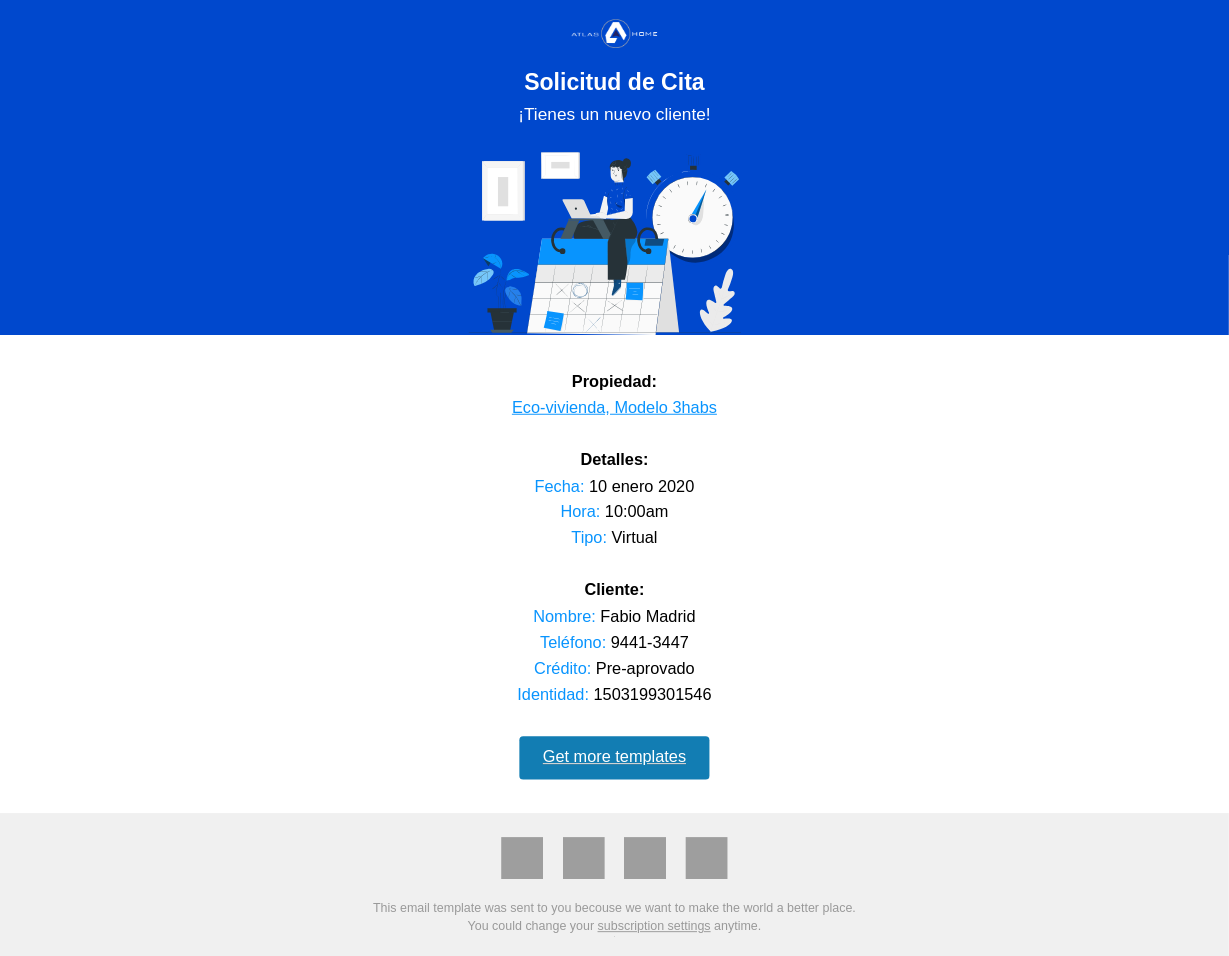
Repository: FabioMadrid/atlas_code
Page: correo_cita_vendedor.html
These files come from the project's save history. The page is drawn as it stood at one moment and after the next save; the edit follows.
The browser window is 1280 px wide. The pictures show the whole page, at 96% of full size.
Pictures or frames that could not be fetched are drawn as grey boxes.

Above is the page before, as saved 2021-01-14 16:48:50.

### correo_cita_vendedor.html
<html xmlns="http://www.w3.org/1999/xhtml">
<head>
	<meta http-equiv="content-type" content="text/html; charset=utf-8">
  	<meta name="viewport" content="width=device-width, initial-scale=1.0;">
 	<meta name="format-detection" content="telephone=no"/>

	<style>
/* Reset styles */
    body {
        margin: 0; padding: 0; min-width: 100%; width: 100% !important; height: 100% !important;
        }
    body, table, td, div, p, a {
        -webkit-font-smoothing: antialiased; text-size-adjust: 100%; -ms-text-size-adjust: 100%;
        -webkit-text-size-adjust: 100%; line-height: 100%;
        }
    table, td {
         mso-table-lspace: 0pt; mso-table-rspace: 0pt;
         border-collapse: collapse !important; border-spacing: 0; }
    img {
        border: 0; line-height: 100%; outline: none; text-decoration: none;
        -ms-interpolation-mode: bicubic;
        }
    #outlook a { padding: 0; }
    .ReadMsgBody { width: 100%; }
    .ExternalClass { width: 100%; }
    .ExternalClass, .ExternalClass p, .ExternalClass span, .ExternalClass font, .E
    xternalClass td, .ExternalClass div {
        line-height: 100%;
        }

/* Extra floater space for advanced mail clients only */
@media all and (max-width: 600px) {
	.floater { width: 320px; }
}

/* Set color for auto links (addresses, dates, etc.) */
a, a:hover {
	color: #127DB3;
}
.footer a, .footer a:hover {
	color: #999999;
}

 	</style>

	<!-- MESSAGE SUBJECT -->
	<title>Cita Confirmada</title>

</head>

<!-- BODY -->
<!-- Set message background color (twice) and text color (twice) -->
<body topmargin="0" rightmargin="0" bottommargin="0" leftmargin="0" marginwidth="0" marginheight="0" width="100%" style="border-collapse: collapse; border-spacing: 0; margin: 0; padding: 0; width: 100%; height: 100%; -webkit-font-smoothing: antialiased; text-size-adjust: 100%; -ms-text-size-adjust: 100%; -webkit-text-size-adjust: 100%; line-height: 100%;
	background-color: #FFFFFF;
	color: #000000;"
	bgcolor="#FFFFFF"
	text="#000000">

<!-- SECTION / BACKGROUND -->
<!-- Set section background color -->
<table width="100%" align="center" border="0" cellpadding="0" cellspacing="0" style="border-collapse: collapse; border-spacing: 0; margin: 0; padding: 0; width: 100%;" class="background"><tr><td align="center" valign="top" style="border-collapse: collapse; border-spacing: 0; margin: 0; padding: 0;"
	bgcolor="#0048CD">

<!-- WRAPPER -->
<!-- Set wrapper width (twice) -->
<table border="0" cellpadding="0" cellspacing="0" align="center"
	width="600" style="border-collapse: collapse; border-spacing: 0; padding: 0; width: inherit;
	max-width: 600px;" class="wrapper">

	<tr>
		<td align="center" valign="top" style="border-collapse: collapse; border-spacing: 0; margin: 0; padding: 0; padding-left: 6.25%; padding-right: 6.25%; width: 87.5%;
			padding-top: 20px;">

			<!-- PREHEADER -->
			<!-- Set text color to background color -->
			<div style="display: none; visibility: hidden; overflow: hidden; opacity: 0; font-size: 1px; line-height: 1px; height: 0; max-height: 0; max-width: 0;
			color: #FFFFFF;" class="preheader">
				Available on&nbsp;GitHub and&nbsp;CodePen. holis aqui va un texto</div>

			<!-- LOGO -->
			<!-- Image text color should be opposite to background color. Set your url, image src, alt and title. Alt text should fit the image size. Real image size should be x2. URL format: http://domain.com/?utm_source={{Campaign-Source}}&utm_medium=email&utm_content=logo&utm_campaign={{Campaign-Name}} -->
			<a target="_blank" style="text-decoration: none;"
				href="https://github.com/konsav/email-templates/"><img border="0" vspace="0" hspace="0"
				src="./svg/logo_alargado_blanco.svg"
				width="100" height="30"
				alt="Logo" title="Logo" style="
				color: #000000;
				font-size: 10px; margin: 0; padding: 0; outline: none; text-decoration: none; -ms-interpolation-mode: bicubic; border: none; display: block;" /></a>

		</td>
	</tr>

	<!-- HEADER -->
	<!-- Set text color and font family ("sans-serif" or "Georgia, serif") -->
	<tr>
		<td align="center" valign="top" style="border-collapse: collapse; border-spacing: 0; margin: 0; padding: 0; padding-left: 6.25%; padding-right: 6.25%; width: 87.5%; font-size: 24px; font-weight: bold; line-height: 130%;
			padding-top: 20px;
			color: #FFFFFF;
			font-family: sans-serif;" class="header">
				Solicitud de Cita
		</td>
	</tr>

	<!-- SUBHEADER -->
	<!-- Set text color and font family ("sans-serif" or "Georgia, serif") -->
	<tr>
		<td align="center" valign="top" style="border-collapse: collapse; border-spacing: 0; margin: 0; padding: 0; padding-bottom: 3px; padding-left: 6.25%; padding-right: 6.25%; width: 87.5%; font-size: 18px; font-weight: 300; line-height: 150%;
			padding-top: 5px;
			color: #FFFFFF;
			font-family: sans-serif;" class="subheader">
				¡Tienes un nuevo cliente!
		</td>
	</tr>

	<!-- HERO IMAGE -->
	<!-- Image text color should be opposite to background color. Set your url, image src, alt and title. Alt text should fit the image size. Real image size should be x2 (wrapper x2). Do not set height for flexible images (including "auto"). URL format: http://domain.com/?utm_source={{Campaign-Source}}&utm_medium=email&utm_content={{Ìmage-Name}}&utm_campaign={{Campaign-Name}} -->
	<tr>
		<td align="center" valign="top" style="border-collapse: collapse; border-spacing: 0; margin: 0; padding: 0;
			padding-top: 20px;" class="hero"><a target="_blank" style="text-decoration: none;"
			href="#"><img border="0" vspace="0" hspace="0"
			src="./svg/calendario_mujer.svg"
			alt="favor activa imagenes para ver este contenido" title="Hero Image"
			width="530" style="
			width: 88.33%;
			max-width: 530px;
			color: #FFFFFF; font-size: 13px; margin: 0; padding: 0; outline: none; text-decoration: none; -ms-interpolation-mode: bicubic; border: none; display: block;"/></a></td>
	</tr>


<!-- End of WRAPPER -->
</table>

<!-- SECTION / BACKGROUND -->
<!-- Set section background color -->
</td></tr><tr><td align="center" valign="top" style="border-collapse: collapse; border-spacing: 0; margin: 0; padding: 0;
	padding-top: 5px;"
	bgcolor="#FFFFFF">

<!-- WRAPPER -->
<!-- Set conteiner background color -->
<table border="0" cellpadding="0" cellspacing="0" align="center"
	width="600" style="border-collapse: collapse; border-spacing: 0; padding: 0; width: inherit;
	max-width: 600px;">

	<!-- FLOATERS -->
	<!-- Floaters (left align tables) need extra 10px spacing in a line (Outlook fix). Floater table width = (wrapper width / 2) - 10px. Set text color and font family ("sans-serif" or "Georgia, serif"). Duplicate all text styles in links, including line-height. Image text color should be opposite to background color. Set your url, image src, alt and title. Alt text should fit the image size. Real image size should be x2. Do not set height for flexible images (including "auto"). URL format: http://domain.com/?utm_source={{Campaign-Source}}&utm_medium=email&utm_content={{Ìmage-Name}}&utm_campaign={{Campaign-Name}} -->
	<tr>
        <td align="center" valign="top" style="border-collapse: collapse; border-spacing: 0; margin: 0; padding: 0; padding-left: 10px; padding-right: 10px;" class="floaters">
        <table width="280" border="0" cellpadding="0" cellspacing="0" align="left" valign="top" style="border-collapse: collapse; mso-table-lspace: 0pt; mso-table-rspace: 0pt; border-spacing: 0; margin: 0; padding: 0; display: inline-table; float: none;" class="floater">
        <tr>
            <td align="center" valign="top" style="border-collapse: collapse; border-spacing: 0; margin: 0; padding: 0; padding-left: 15px; padding-right: 15px; font-size: 17px; font-weight: 400; line-height: 160%;
			padding-top: 30px;
			font-family: sans-serif;
            color: #000000;">
            <b>Propiedad:</b> <br>

            <a target="_blank" style="text-decoration: underline;
			font-size: 17px; line-height: 160%; color: #0894FE;"
            href="https://atlashome.hn/vistaCondominio/14">Eco-vivienda, Modelo 3habs</b></a> <br>
            <br>
            <b>Detalles:</b> <br>

            <span style="color:#0894FE;"> Fecha: </span> <span>10 enero 2020</span> <br>
            <span style="color:#0894FE;"> Hora: </span> <span>10:00am</span> <br>
            <span style="color:#0894FE;"> Tipo: </span> <span>Virtual</span> <br>
            <br>
            <b>Cliente:</b> <br>
            <span style="color:#0894FE;"> Nombre: </span> <span>Fabio Madrid</span> <br>
            <span style="color:#0894FE;"> Teléfono: </span> <span>9441-3447</span> <br>
            <span style="color:#0894FE;"> Crédito: </span> <span>Pre-aprovado</span> <br>
            <span style="color:#0894FE;"> Identidad: </span> <span>1503199301546</span> <br>

        </td>
    </tr>
    </table>


	<!-- BUTTON -->
	<!-- Set button background color at TD, link/text color at A and TD, font family ("sans-serif" or "Georgia, serif") at TD. For verification codes add "letter-spacing: 5px;". Link format: http://domain.com/?utm_source={{Campaign-Source}}&utm_medium=email&utm_content={{Button-Name}}&utm_campaign={{Campaign-Name}} -->
 	<tr>
		<td align="center" valign="top" style="border-collapse: collapse; border-spacing: 0; margin: 0; padding: 0; padding-left: 6.25%; padding-right: 6.25%; width: 87.5%;
			padding-top: 30px;
			padding-bottom: 35px;" class="button"><a
			href="https://github.com/konsav/email-templates/" target="_blank" style="text-decoration: underline;">
				<table border="0" cellpadding="0" cellspacing="0" align="center" style="max-width: 240px; min-width: 120px; border-collapse: collapse; border-spacing: 0; padding: 0;"><tr><td align="center" valign="middle" style="padding: 12px 24px; margin: 0; text-decoration: underline; border-collapse: collapse; border-spacing: 0; border-radius: 4px; -webkit-border-radius: 4px; -moz-border-radius: 4px; -khtml-border-radius: 4px;"
					bgcolor="#127DB3"><a target="_blank" style="text-decoration: underline;
					color: #FFFFFF; font-family: sans-serif; font-size: 17px; font-weight: 400; line-height: 120%;"
					href="https://github.com/konsav/email-templates/">
						Get more templates
					</a>
			</td></tr></table></a>
		</td>
	</tr>

<!-- End of WRAPPER -->
</table>

<!-- SECTION / BACKGROUND -->
<!-- Set section background color -->
</td></tr><tr><td align="center" valign="top" style="border-collapse: collapse; border-spacing: 0; margin: 0; padding: 0;"
	bgcolor="#F0F0F0">

<!-- WRAPPER -->
<!-- Set wrapper width (twice) -->
<table border="0" cellpadding="0" cellspacing="0" align="center"
	width="600" style="border-collapse: collapse; border-spacing: 0; padding: 0; width: inherit;
	max-width: 600px;" class="wrapper">

	<!-- SOCIAL NETWORKS -->
	<!-- Image text color should be opposite to background color. Set your url, image src, alt and title. Alt text should fit the image size. Real image size should be x2 -->
	<tr>
		<td align="center" valign="top" style="border-collapse: collapse; border-spacing: 0; margin: 0; padding: 0; padding-left: 6.25%; padding-right: 6.25%; width: 87.5%;
			padding-top: 25px;" class="social-icons"><table
			width="256" border="0" cellpadding="0" cellspacing="0" align="center" style="border-collapse: collapse; border-spacing: 0; padding: 0;">
			<tr>

				<!-- ICON 1 -->
				<td align="center" valign="middle" style="margin: 0; padding: 0; padding-left: 10px; padding-right: 10px; border-collapse: collapse; border-spacing: 0;"><a target="_blank"
					href="https://raw.githubusercontent.com/konsav/email-templates/"
				style="text-decoration: none;"><img border="0" vspace="0" hspace="0" style="padding: 0; margin: 0; outline: none; text-decoration: none; -ms-interpolation-mode: bicubic; border: none; display: inline-block;
					color: #000000;"
					alt="F" title="Facebook"
					width="44" height="44"
					src="https://raw.githubusercontent.com/konsav/email-templates/master/images/social-icons/facebook.png"></a></td>

				<!-- ICON 2 -->
				<td align="center" valign="middle" style="margin: 0; padding: 0; padding-left: 10px; padding-right: 10px; border-collapse: collapse; border-spacing: 0;"><a target="_blank"
					href="https://raw.githubusercontent.com/konsav/email-templates/"
				style="text-decoration: none;"><img border="0" vspace="0" hspace="0" style="padding: 0; margin: 0; outline: none; text-decoration: none; -ms-interpolation-mode: bicubic; border: none; display: inline-block;
					color: #000000;"
					alt="T" title="Twitter"
					width="44" height="44"
					src="https://raw.githubusercontent.com/konsav/email-templates/master/images/social-icons/twitter.png"></a></td>

				<!-- ICON 3 -->
				<td align="center" valign="middle" style="margin: 0; padding: 0; padding-left: 10px; padding-right: 10px; border-collapse: collapse; border-spacing: 0;"><a target="_blank"
					href="https://raw.githubusercontent.com/konsav/email-templates/"
				style="text-decoration: none;"><img border="0" vspace="0" hspace="0" style="padding: 0; margin: 0; outline: none; text-decoration: none; -ms-interpolation-mode: bicubic; border: none; display: inline-block;
					color: #000000;"
					alt="G" title="Google Plus"
					width="44" height="44"
					src="https://raw.githubusercontent.com/konsav/email-templates/master/images/social-icons/googleplus.png"></a></td>

				<!-- ICON 4 -->
				<td align="center" valign="middle" style="margin: 0; padding: 0; padding-left: 10px; padding-right: 10px; border-collapse: collapse; border-spacing: 0;"><a target="_blank"
					href="https://raw.githubusercontent.com/konsav/email-templates/"
				style="text-decoration: none;"><img border="0" vspace="0" hspace="0" style="padding: 0; margin: 0; outline: none; text-decoration: none; -ms-interpolation-mode: bicubic; border: none; display: inline-block;
					color: #000000;"
					alt="I" title="Instagram"
					width="44" height="44"
					src="https://raw.githubusercontent.com/konsav/email-templates/master/images/social-icons/instagram.png"></a></td>

			</tr>
			</table>
		</td>
	</tr>

	<!-- FOOTER -->
	<!-- Set text color and font family ("sans-serif" or "Georgia, serif"). Duplicate all text styles in links, including line-height -->
	<tr>
		<td align="center" valign="top" style="border-collapse: collapse; border-spacing: 0; margin: 0; padding: 0; padding-left: 6.25%; padding-right: 6.25%; width: 87.5%; font-size: 13px; font-weight: 400; line-height: 150%;
			padding-top: 20px;
			padding-bottom: 20px;
			color: #999999;
			font-family: sans-serif;" class="footer">

				This email template was sent to&nbsp;you becouse we&nbsp;want to&nbsp;make the&nbsp;world a&nbsp;better place.<br/> You&nbsp;could change your <a href="https://github.com/konsav/email-templates/" target="_blank" style="text-decoration: underline; color: #999999; font-family: sans-serif; font-size: 13px; font-weight: 400; line-height: 150%;">subscription settings</a> anytime.

				<!-- ANALYTICS -->
				<!-- https://www.google-analytics.com/collect?v=1&tid={{UA-Tracking-ID}}&cid={{Client-ID}}&t=event&ec=email&ea=open&cs={{Campaign-Source}}&cm=email&cn={{Campaign-Name}} -->
				<img width="1" height="1" border="0" vspace="0" hspace="0" style="margin: 0; padding: 0; outline: none; text-decoration: none; -ms-interpolation-mode: bicubic; border: none; display: block;"
				src="https://raw.githubusercontent.com/konsav/email-templates/master/images/tracker.png" />

		</td>
	</tr>

<!-- End of WRAPPER -->
</table>

<!-- End of SECTION / BACKGROUND -->
</td></tr></table>

</body>
</html>

After the next save:
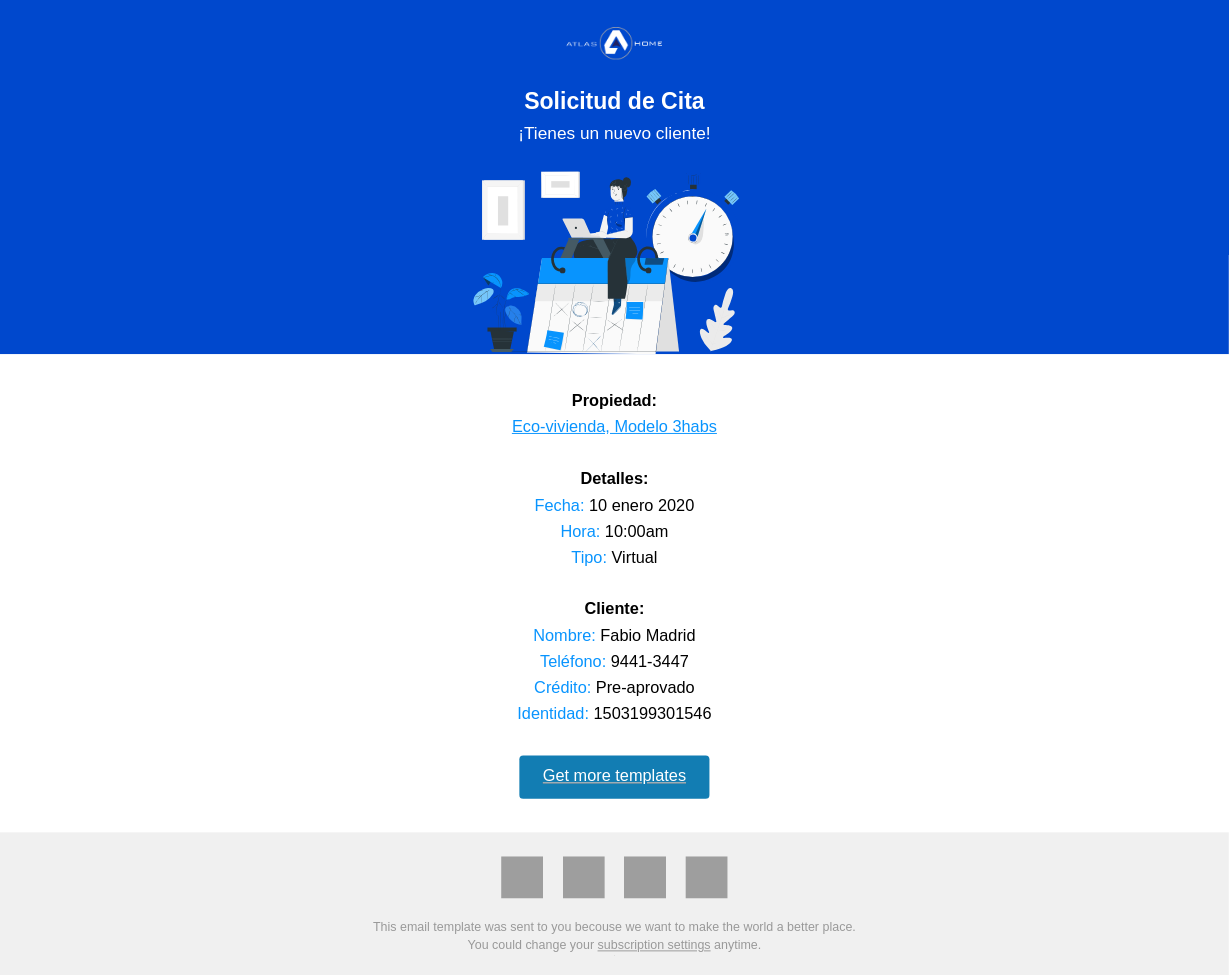
Saved 6 s later.
--- a/correo_cita_vendedor.html
+++ b/correo_cita_vendedor.html
@@ -82,7 +82,7 @@ a, a:hover {
 			<a target="_blank" style="text-decoration: none;"
 				href="https://github.com/konsav/email-templates/"><img border="0" vspace="0" hspace="0"
 				src="./svg/logo_alargado_blanco.svg"
-				width="100" height="30"
+				width="100" height="50"
 				alt="Logo" title="Logo" style="
 				color: #000000;
 				font-size: 10px; margin: 0; padding: 0; outline: none; text-decoration: none; -ms-interpolation-mode: bicubic; border: none; display: block;" /></a>
